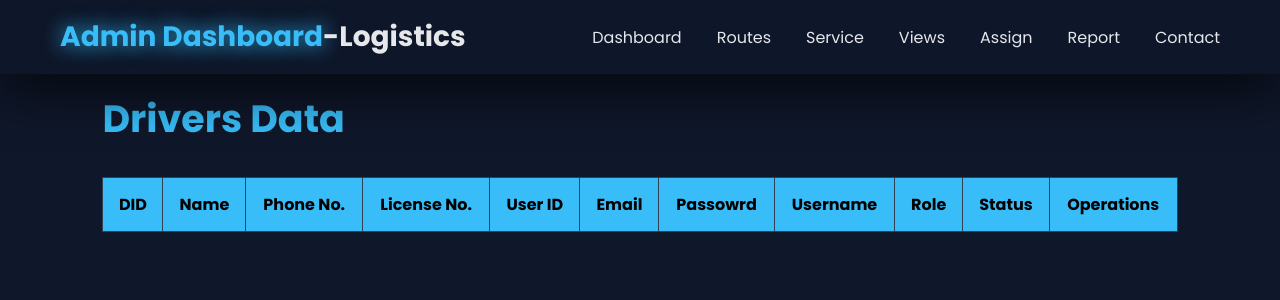
Repository: Pintu-6545/Java_Programming
Page: http://localhost/GreenFleetApplication/view-drivers.jsp
An editor plug-in stored every save of this project. The page is shown before and after the next save, followed by the edit.
The browser window is 1280 px wide. The pictures show the whole page.
The page is served by Tomcat 10. Other server files are loaded and not shown. Queries for data that is not in the repository find no rows.

Above is the page before, as saved 2025-12-25 06:15:06.

### Assessement/GreenFeetApp1/GreenFleetApplication/src/main/webapp/view-drivers.jsp
<%@page import="com.bean.DriverView"%>
<%@page import="com.dao.DriversDao"%>
<%@page import="com.bean.Drivers"%>
<%@page import="com.dao.UsersDao"%>
<%@page import="com.bean.Users"%>
<%@page import="java.util.List"%>
<%@ page language="java" contentType="text/html; charset=UTF-8"
	pageEncoding="UTF-8"%>
<%@include file="header.jsp"%>
<!DOCTYPE html>
<html>
<head>
<meta charset="UTF-8">
<title>Display Drivers Data</title>
</head>
<body>
	<section class="section">
		<h2>Drivers Data</h2>
		<table>
			<tr>
				<th>DID</th>
				<th>Name</th>
				<th>Phone No.</th>
				<th>License No.</th>
				<th>User ID</th>
				<th>Email</th>
				<th>Passowrd</th>
				<th>Username</th>
				<th>Role</th>
				<th>Status</th>
				<th>Operations</th>
			</tr>
			<%
			List<DriverView> list = DriversDao.getAllDriverDetails();
		    for(DriverView d : list)
		      {
			%>
			<tr>
				<td><%=d.getDriver_id() %></td>
				<td><%=d.getName() %></td>
				<td><%=d.getPhone_no() %></td>
				<td><%=d.getLicense_no() %></td>
				<td><%=d.getUser_id() %></td>
				<td><%=d.getEmail() %></td>
				<td><%=d.getPassword() %></td>
				<td><%=d.getUsername() %></td>
				<td><%=d.getRole() %></td>
				<td><%=d.getStatus() %></td>
				<td>
					<!-- FORM -->
					<form class="form-box">
						<div class="input-group">
							<i></i> <input type="hidden"
								placeholder="Full Name" required>
						</div>
						<button type="submit">Edit</button>
					</form>

				</td>
				<td>
					<!-- FORM -->
					<form class="form-box">
						<div class="input-group">
							<i></i> <input type="hidden"
								placeholder="Full Name" required>
						</div>
						<button type="submit">Edit</button>
					</form>

				</td>
			</tr>
			<%
			  }
			%>

		</table>
	</section>
</body>
</html>

### Assessement/GreenFeetApp1/GreenFleetApplication/src/main/webapp/header.jsp
<%@ page language="java" contentType="text/html; charset=UTF-8"
    pageEncoding="UTF-8"%>
<!DOCTYPE html>
<html>
<head>
<meta charset="UTF-8">
<title>Ultra AI Logistics</title>
<meta name="viewport" content="width=device-width, initial-scale=1.0">

<!-- FONT & ICONS -->
<link
	href="https://fonts.googleapis.com/css2?family=Poppins:wght@300;400;600;700&display=swap"
	rel="stylesheet">
<link rel="stylesheet"
	href="https://cdnjs.cloudflare.com/ajax/libs/font-awesome/6.5.1/css/all.min.css">

<link rel="stylesheet" href="css/index.css">
</head>
<body>
<!-- ================= NAVBAR ================= -->
	<nav class="navbar">
		<div class="logo">
			<span>Admin Dashboard</span>-Logistics
		</div>

		<div class="menu-toggle" id="menuToggle">
			<span></span><span></span><span></span>
		</div>

		<ul class="menu" id="menu">
			<li class="menu-item"><a href="admin-index.jsp">Dashboard</a></li>

			<li class="menu-item"><a href="#">Routes</a>
				<ul class="dropdown">
					<li><a href="#">Add Route</a></li>
					<li><a href="#">View Route </a></li>
				</ul></li>
			<li class="menu-item"><a href="#">Service</a>
				<ul class="dropdown">
					<li><a href="add-driver.jsp">Add Driver</a></li>
					<li><a href="#">Add Vehicle</a></li>
					<li><a href="#">Add Vehicle Feul</a></li>
					<li><a href="#">Add Maintanance</a></li>
				</ul></li>


			<li class="menu-item"><a href="#">Views</a>
				<ul class="dropdown">
					<li><a href="view-drivers.jsp">View Drivers</a></li>
					<li><a href="#">View Vehicles</a></li>
					<li><a href="#">View Feuls</a></li>
				</ul></li>
				<li class="menu-item"><a href="#">Assign</a>
				<ul class="dropdown">
					<li><a href="#"> Add Vehicle-Driver</a></li>
					<li><a href="#">View Vehicles-Driver</a></li>

				</ul></li>
			<li class="menu-item"><a href="#">Report</a>
				<ul class="dropdown">
					<li><a href="#">Incident Report</a></li>
					<li><a href="#">Other Report</a></li>
				</ul></li>
			<li class="menu-item"><a href="#">Contact</a>
				<ul class="dropdown">
					<li><a href="#">Support</a></li>
					<li><a href="#">Email</a></li>
				</ul></li>
		</ul>
	</nav>

</body>
</html>

### Assessement/GreenFeetApp1/GreenFleetApplication/src/main/java/com/dao/DriversDao.java
package com.dao;

import java.sql.Connection;
import java.sql.PreparedStatement;
import java.sql.ResultSet;
import java.util.ArrayList;
import java.util.List;

import com.bean.DriverView;
import com.bean.Drivers;
import com.bean.Users;
import com.util.GreenFleetUtil;

public class DriversDao {

	public static void insertDrivers(Drivers d)
	{
		try {

			Connection conn = GreenFleetUtil.createConnection();
			String sql="insert into driver (user_id,name,license_no,phone_no) values(?,?,?,?)";
			PreparedStatement pst = conn.prepareStatement(sql);
			pst.setInt(1,d.getUser_id());
			pst.setString(2, d.getName());
			pst.setString(3, d.getLicense_no());
			pst.setLong(4, d.getPhone_no());
			pst.executeUpdate();

		} catch (Exception e) {
			e.printStackTrace();
		}
	}
	public static boolean checkEmail(String email)
	{
		boolean flag =false;
		try {
			Connection conn = GreenFleetUtil.createConnection();
			String sql="select * from driver where email=?";
			PreparedStatement pst = conn.prepareStatement(sql);
			pst.setString(1, email);
			ResultSet rs = pst.executeQuery();
			if(rs.next())
			{
				flag=true;
			}
			//rs.close();
            //pst.close();
           // conn.close();

		} catch (Exception e) {
			e.printStackTrace();
		}
		return flag;
	}

	public static List<DriverView> getAllDriverDetails() {
	    List<DriverView> list = new ArrayList<>();

	    try {
	        Connection con = GreenFleetUtil.createConnection();

	        String sql =
	            "SELECT d.driver_id, d.name, d.phone_no, d.license_no, " +
	            "u.user_id, u.email, u.password, u.username, u.role, u.status " +
	            "FROM driver d " +
	            "INNER JOIN users u ON d.user_id = u.user_id";

	        PreparedStatement ps = con.prepareStatement(sql);
	        ResultSet rs = ps.executeQuery();

	        while (rs.next()) {
	            DriverView dv = new DriverView();

	            dv.setDriver_id(rs.getInt("driver_id"));
	            dv.setName(rs.getString("name"));
	            dv.setPhone_no(rs.getString("phone_no"));
	            dv.setLicense_no(rs.getString("license_no"));

	            dv.setUser_id(rs.getInt("user_id"));
	            dv.setEmail(rs.getString("email"));
	            dv.setPassword(rs.getString("password"));
	            dv.setUsername(rs.getString("username"));
	            dv.setRole(rs.getString("role"));
	            dv.setStatus(rs.getString("status"));

	            list.add(dv);
	        }

	    } catch (Exception e) {
	        e.printStackTrace();
	    }
	    return list;
	}

}

### Assessement/GreenFeetApp1/GreenFleetApplication/src/main/java/com/util/GreenFleetUtil.java
package com.util;

import java.sql.Connection;
import java.sql.DriverManager;

public class GreenFleetUtil {

	public static Connection createConnection()
    {
    	Connection conn = null;
    	try {
    		Class.forName("com.mysql.jdbc.Driver");
    		conn=DriverManager.getConnection("jdbc:mysql://localhost:3306/greenfleet1_db","root","");

		} catch (Exception e) {
			e.printStackTrace();
		}
    	return conn;
    }

}

### Assessement/GreenFeetApp1/GreenFleetApplication/src/main/webapp/css/index.css
/* ================= GLOBAL ================= */
*{
    margin:0;
    padding:0;
    box-sizing:border-box;
    font-family:Poppins,sans-serif;
}
body{
    background:#0f172a;
    color:#fff;
}

/* ================= ROOT ================= */
:root{
    --bg:#020617;
    --glass:rgba(15,23,42,.85);
    --primary:#38bdf8;
    --secondary:#22d3ee;
    --text:#e5e7eb;
}

/* ================= NAVBAR ================= */
.navbar{
    position:fixed;
    top:0;
    width:100%;
    padding:16px 60px;
    background:var(--glass);
    backdrop-filter:blur(18px);
    display:flex;
    justify-content:space-between;
    align-items:center;
    z-index:1000;
    box-shadow:0 20px 50px rgba(0,0,0,.6);
}

/* ================= LOGO ================= */
.logo{
    font-size:28px;
    font-weight:800;
    color:var(--text);
}
.logo span{
    color:var(--primary);
    text-shadow:0 0 20px var(--primary);
}

/* ================= MENU ================= */
.menu{
    display:flex;
    gap:35px;
    list-style:none;
}
.menu-item{
    position:relative;
}
.menu-item > a{
    color:var(--text);
    text-decoration:none;
    font-size:16px;
    padding:10px 0;
    position:relative;
}

/* underline animation */
.menu-item > a::after{
    content:"";
    position:absolute;
    bottom:-6px;
    left:0;
    width:0;
    height:3px;
    background:linear-gradient(90deg,var(--primary),var(--secondary));
    transition:.4s;
    border-radius:10px;
}
.menu-item > a:hover::after{
    width:100%;
}

/* ================= DROPDOWN ================= */
.dropdown{
    position:absolute;
    top:55px;
    left:0;
    background:linear-gradient(180deg,#020617,#020617);
    border-radius:18px;
    min-width:210px;
    padding:10px;
    opacity:0;
    visibility:hidden;
    transform:rotateX(-15deg) translateY(15px);
    transform-origin:top;
    transition:.45s cubic-bezier(.2,.8,.2,1);
    box-shadow:0 25px 80px rgba(56,189,248,.25);
}

.dropdown li{
    list-style:none;
}

.dropdown a{
    display:block;
    padding:14px 18px;
    border-radius:12px;
    color:#cbd5f5;
    text-decoration:none;
    transition:.3s;
}
.dropdown a:hover{
    background:linear-gradient(135deg,var(--primary),var(--secondary));
    color:#020617;
    transform:translateX(6px);
}

/* hover open */
.menu-item:hover .dropdown{
    opacity:1;
    visibility:visible;
    transform:rotateX(0) translateY(0);
}

/* ================= MOBILE ================= */
.menu-toggle{
    display:none;
    flex-direction:column;
    gap:6px;
    cursor:pointer;
}
.menu-toggle span{
    width:28px;
    height:3px;
    background:var(--primary);
    border-radius:10px;
}

/* ================= RESPONSIVE ================= */
@media(max-width:900px){
    .menu-toggle{display:flex;}
    .menu{
        position:absolute;
        top:75px;
        right:30px;
        background:#020617;
        flex-direction:column;
        width:260px;
        border-radius:20px;
        padding:20px;
        opacity:0;
        pointer-events:none;
        transform:scale(.9);
        transition:.4s;
    }
    .menu.active{
        opacity:1;
        pointer-events:auto;
        transform:scale(1);
    }
    .dropdown{
        position:static;
        transform:none;
        opacity:1;
        visibility:visible;
        box-shadow:none;
    }
}

/* ================= CAROUSEL ================= */
.carousel{
    height:100vh;
    margin-top:80px;
    position:relative;
    overflow:hidden;
}
.slide{
    position:absolute;
    inset:0;
    background-size:cover;
    background-position:center;
    opacity:0;
    transition:opacity 1.2s;
}
.slide.active{opacity:1;}
.overlay{
    position:absolute;
    inset:0;
    background:linear-gradient(to right,rgba(0,0,0,.75),rgba(0,0,0,.3));
}
.content{
    position:absolute;
    top:50%;
    left:8%;
    transform:translateY(-50%);
    max-width:600px;
}
.content h1{
    font-size:48px;
}
.content p{
    margin:15px 0 25px;
    color:#e2e8f0;
}
.btn{
    padding:14px 30px;
    border-radius:30px;
    border:none;
    background:linear-gradient(45deg,#38bdf8,#0ea5e9);
    cursor:pointer;
}

/* ================= SECTIONS ================= */
.section{
    padding:90px 8%;
}
.section h2{
    font-size:38px;
    color:#38bdf8;
}
.section p{
    max-width:850px;
    color:#cbd5f5;
}

/* ================= CARDS ================= */
.card-grid{
    display:grid;
    grid-template-columns:repeat(auto-fit,minmax(250px,1fr));
    gap:25px;
    margin-top:40px;
}
.card{
    background:#1e293b;
    border-radius:15px;
    overflow:hidden;
    transition:.4s;
}
.card:hover{
    transform:translateY(-8px);
}
.card img{
    width:100%;
    height:200px;
    object-fit:cover;
}
.card h3{
    padding:15px;
    color:#38bdf8;
}
.card p{
    padding:0 15px 20px;
    font-size:14px;
}

/* ================= TABLE ================= */
table{
    width:100%;
    border-collapse:collapse;
    margin-top:30px;
}
th,td{
    padding:14px;
    border:1px solid #334155;
    text-align:center;
}
th{
    background:#38bdf8;
    color:#000;
}
tr:nth-child(even){
    background:#1e293b;
}

/* ================= FORM SECTION ================= */
.form-section{
    padding:100px 6%;
    background:linear-gradient(135deg,#020617,#0f172a);
}

.form-wrapper{
    max-width:1100px;
    margin:auto;
    background:rgba(15,23,42,.92);
    backdrop-filter:blur(18px);
    border-radius:28px;
    padding:55px;
    display:grid;
    grid-template-columns:1.2fr 1fr;
    gap:50px;
    box-shadow:0 30px 80px rgba(56,189,248,.15);
}

/* ================= LEFT INFO ================= */
.form-info h2{
    font-size:44px;
    margin-bottom:25px;
    color:#38bdf8;
}

.info-box{
    display:flex;
    align-items:center;
    gap:18px;
    margin:22px 0;
    font-size:18px;
    color:#e5e7eb;
}

.info-box i{
    width:48px;
    height:48px;
    display:grid;
    place-items:center;
    font-size:20px;
    background:linear-gradient(135deg,#38bdf8,#0ea5e9);
    color:#020617;
    border-radius:50%;
}

/* ================= FORM ================= */
.form-box{
    display:flex;
    flex-direction:column;
    gap:20px;
}

.input-group{
    position:relative;
}

.input-group i{
    position:absolute;
    top:50%;
    left:18px;
    transform:translateY(-50%);
    font-size:16px;
    color:#38bdf8;
    pointer-events:none;
}

.input-group input,
.input-group select,
.input-group textarea{
    width:100%;
    padding:16px 18px 16px 50px;
    border-radius:30px;
    border:2px solid transparent;
    outline:none;
    background:#020617;
    color:#fff;
    font-size:15px;
    transition:.35s;
}

/* Focus & Hover Handling */
.input-group input:focus,
.input-group textarea:focus,
.input-group select:focus{
    border-color:#38bdf8;
    box-shadow:0 0 0 4px rgba(56,189,248,.15);
}

/* Placeholder */
::placeholder{
    color:#9ca3af;
}

/* Textarea */
textarea{
    height:120px;
    resize:none;
}

/* ================= BUTTON ================= */
.form-box button{
    margin-top:10px;
    padding:16px;
    border-radius:30px;
    border:none;
    font-size:16px;
    font-weight:600;
    color:#020617;
    background:linear-gradient(135deg,#38bdf8,#0ea5e9);
    cursor:pointer;
    transition:.35s;
}

.form-box button:hover{
    transform:translateY(-2px);
    box-shadow:0 15px 40px rgba(56,189,248,.4);
}

/* ================= RESPONSIVE ================= */
@media(max-width:900px){
    .form-wrapper{
        grid-template-columns:1fr;
        padding:40px;
    }
    .form-info h2{
        font-size:36px;
    }
}

@media(max-width:480px){
    .form-wrapper{
        padding:30px 22px;
    }
    .input-group input,
    .input-group select,
    .input-group textarea{
        font-size:14px;
    }
}

After the next save:
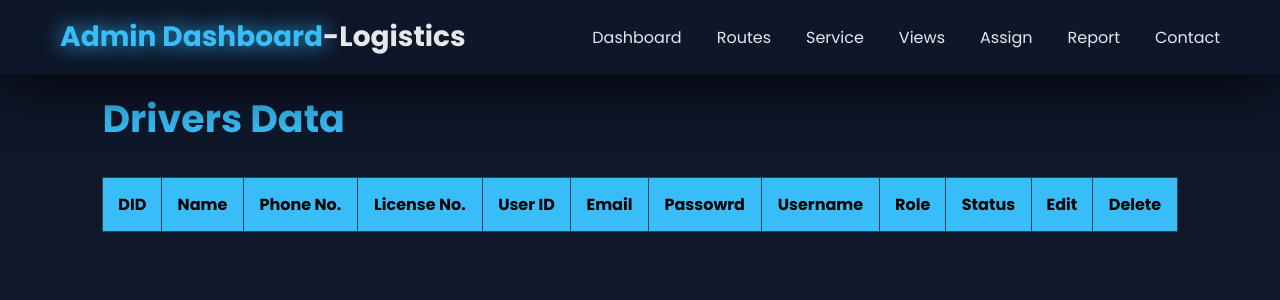
Saved 45 s later.
--- a/Assessement/GreenFeetApp1/GreenFleetApplication/src/main/webapp/view-drivers.jsp
+++ b/Assessement/GreenFeetApp1/GreenFleetApplication/src/main/webapp/view-drivers.jsp
@@ -28,7 +28,8 @@
 				<th>Username</th>
 				<th>Role</th>
 				<th>Status</th>
-				<th>Operations</th>
+				<th>Edit</th>
+				<th>Delete</th>
 			</tr>
 			<%
 			List<DriverView> list = DriversDao.getAllDriverDetails();
@@ -64,7 +65,7 @@
 							<i></i> <input type="hidden"
 								placeholder="Full Name" required>
 						</div>
-						<button type="submit">Edit</button>
+						<button type="submit">Delete</button>
 					</form>
 
 				</td>
